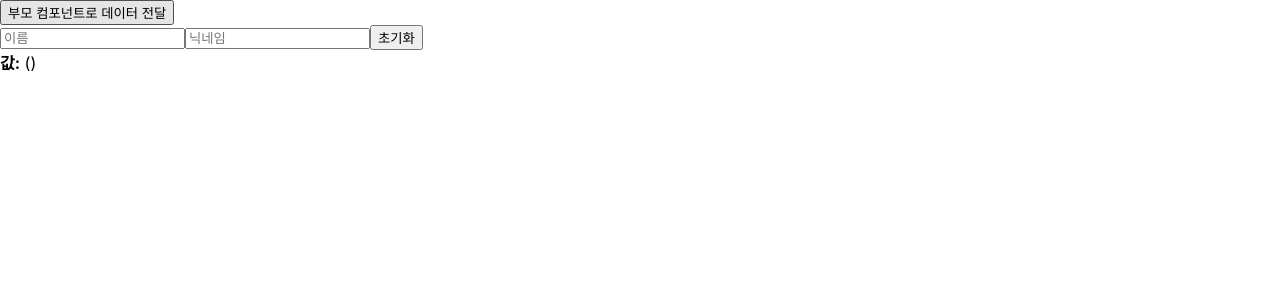
Repository: sojihwan/React
Page: / (app in test/)
These files come from the project's save history. The page is drawn as it stood at one moment and after the next save; the edit follows.
The browser window is 1280 px wide. The pictures show the whole page.
The project was rebuilt for these pictures with package versions that can differ from the ones it lists, and the page was loaded fresh each time.

Above is the page before, as saved 2022-05-16 16:41:34.

### test/src/App.js
import React , { useState } from 'react';
import ChildrenComponent from './code/ChildrenComponent';
import InputSample from './code/InputSample';

function ParentComponent(){
  const [value, setValue] = useState("");
  return(
    <div>
      <ChildrenComponent setValue={setValue}></ChildrenComponent>
      <InputSample value={value}></InputSample>
      <p>{value}</p>
    </div>
    )
}
export default ParentComponent;

### test/src/code/ChildrenComponent.js
import React from 'react';

function ChildrenComponent(props){
  var a = "ㅎㅎ"
  function sendData(){
    props.setValue(a);
  }
  return(
    <div>
      <button onClick={sendData}>부모 컴포넌트로 데이터 전달</button>
    </div>
    )
}
export default ChildrenComponent;

### test/src/code/InputSample.js
import React,{useState,useRef} from "react";

function InputSample(){
  const [inputs, setInputs]=useState({
    name: '',
    nickname:'',
  });
  const nameInput = useRef();
  const {name,nickname} = inputs;
  const onChange = (e) => {
    const{name,value} = e.target;

    const nextInputs = {
      ...inputs,
      [name]:value,
    };

    setInputs(nextInputs);
  };
  const onReset = () => {
    setInputs({
      name:'',
      nickname:'',
    });
    nameInput.current.focus();
  };

  return(
    <div>
      <input name="name" placeholder="이름" onChange={onChange} value={name} ref={nameInput} />
      <input name="nickname" placeholder="닉네임" onChange={onChange} value={nickname}/>
      <button onClick={onReset}>초기화</button>
      <div>
        <b>값:</b>
        {name} ({nickname})
      </div>
    </div>
  )
}

export default InputSample

Loaded but not shown: test/public/index.html (common file); test/src/index.js (common file); test/src/index.css (common file); test/src/reportWebVitals.js (common file)

After the next save:
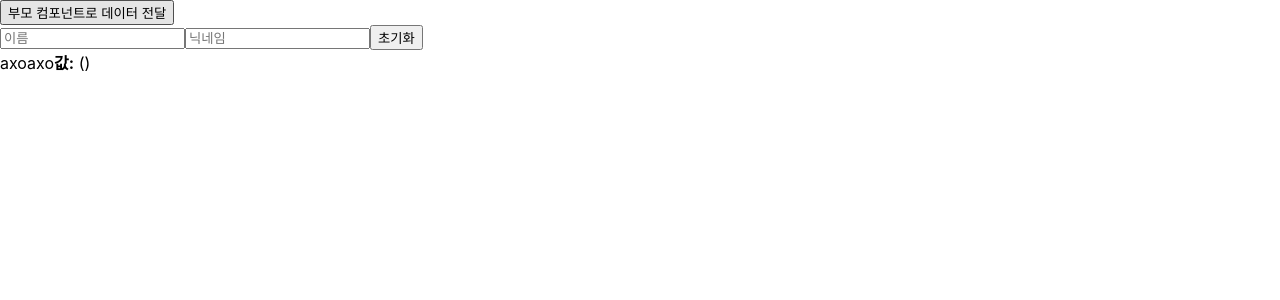
Saved 34 s later.
--- a/test/src/code/InputSample.js
+++ b/test/src/code/InputSample.js
@@ -1,6 +1,6 @@
 import React,{useState,useRef} from "react";
 
-function InputSample(){
+function InputSample(props){
   const [inputs, setInputs]=useState({
     name: '',
     nickname:'',
@@ -31,6 +31,7 @@ function InputSample(){
       <input name="nickname" placeholder="닉네임" onChange={onChange} value={nickname}/>
       <button onClick={onReset}>초기화</button>
       <div>
+        <a>axoaxo{props.value}</a>
         <b>값:</b>
         {name} ({nickname})
       </div>
